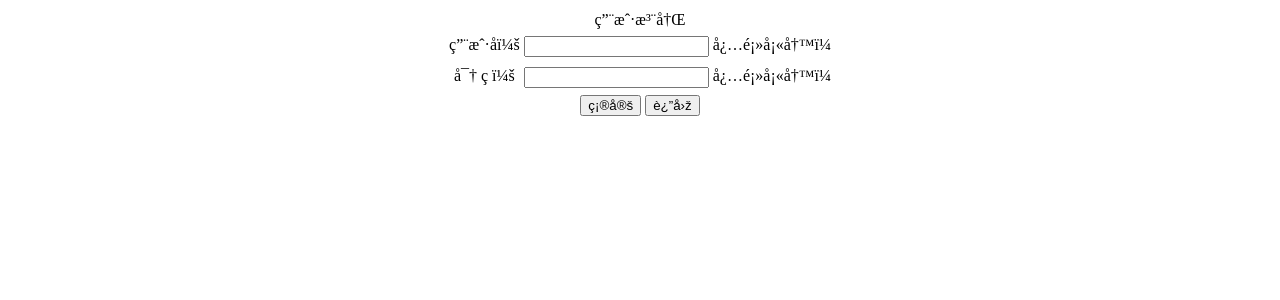
Repository: vap80963/UserManager
Page: http://localhost/WeBoUserManager/register.jsp
An editor plug-in stored every save of this project. The page is shown before and after the next save, followed by the edit.
The browser window is 1280 px wide. The pictures show the whole page.
The page is served by Tomcat 9.

Above is the page before, as saved 2017-05-28 14:51:19.

After the next save:
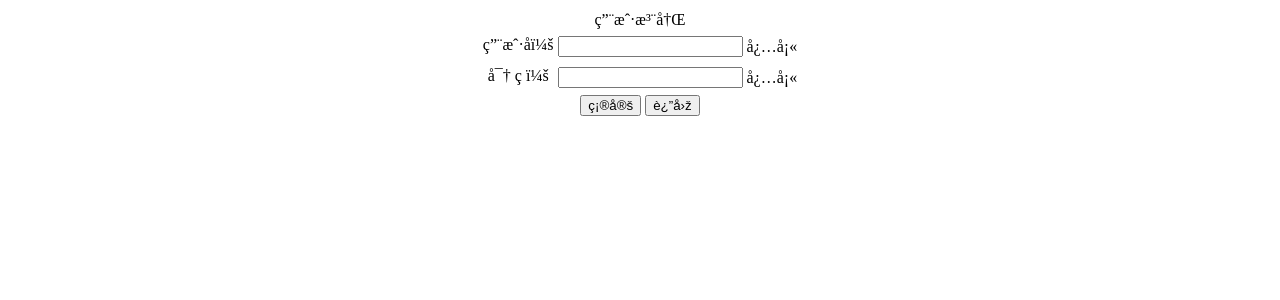
Saved 6 min 3 s later.
--- a/WeBoUserManager/src/main/webapp/register.jsp
+++ b/WeBoUserManager/src/main/webapp/register.jsp
@@ -58,12 +58,12 @@ function back(){
    	<tr>
    		<td>用户名：</td>
    		<td><input type="text" name="username"></input></td>
-   		<td>必须填写！</td>
+   		<td>必填</td>
    	</tr>
    	<tr>
    		<td>密    码：</td>
    		<td><input type="password" name="pswd"></input></td>
-   		<td>必须填写！</td>
+   		<td>必填</td>
 
    	</tr>
    	<tr>
